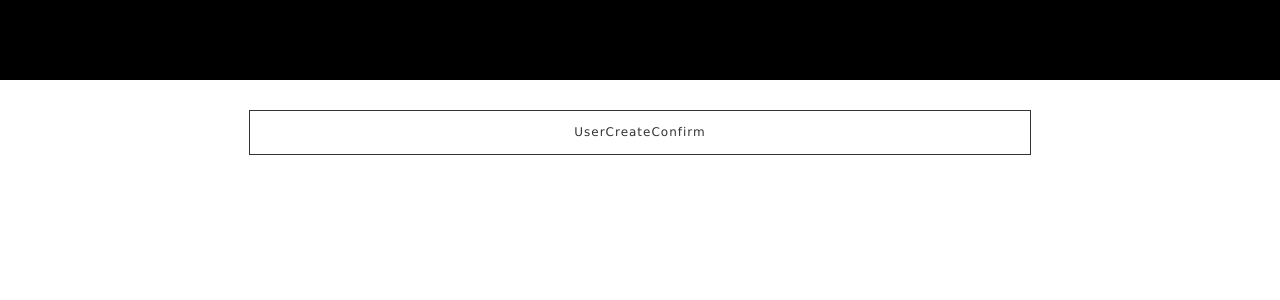
Repository: cha-git/ecsite
Page: http://localhost/template/userCreateConfirm.jsp
The author's editor kept a copy of each file at every save. The page is drawn from the files as they stood at one save, then again after the next save.
The browser window is 1280 px wide. The pictures show the whole page.
The page is served by Tomcat 9. Other server files are loaded and not shown.

Above is the page before, as saved 2018-12-25 09:54:30.

### template/WebContent/userCreateConfirm.jsp
<%@ page language="java" contentType="text/html; charset=UTF-8"
    pageEncoding="UTF-8"%>
<%@ taglib prefix="s" uri="/struts-tags" %>
<!DOCTYPE html>
<html>
<head>
	<meta http-equiv="Content-Type" content="text/html; charset=UTF-8" />
	<meta http-equiv="Content-Style-Type" content="text/css" />
	<meta http-equiv="Content-Script-Type" content="text/javascript" />
	<meta http-equiv="imagetoolbar" content="no" />
	<meta name="description" content="" />
	<meta name="keywords" content="" />
	<title>UserCreateConfirm画面</title>
	<style type="text/css">
	/* ========TAG LAYOUT======== */
	body {
		margin:0;
		padding:0;
		line-height:1.6;
		letter-spacing:1px;
		font-family:Verdana, Helvetica, sans-serif;
		font-size:12px;
		color:#333;
		background:#fff;
	}

	table {
		text-align:center;
		margin:0 auto;
	}
	/* ========ID LAYOUT======== */
	#top {
		width:780px;
		margin:30px auto;
		border:1px solid #333;
	}

	#header {
		width:100%;
		height:80px;
		background-color:black;
	}

	#main {
		width:100%;
		height:500px;
		text-align:center;
	}

	#footer {
		width:100%;
		height:80px;
		background-color:black;
		clear:both;
	}
	</style>
</head>
<body>
	<div id="header">
		<div id="pr">
		</div>
	</div>
	<div id="main">
		<div id="top">
			<p>UserCreateConfirm</p>
		</div>
	</div>
</body>
</html>

After the next save:
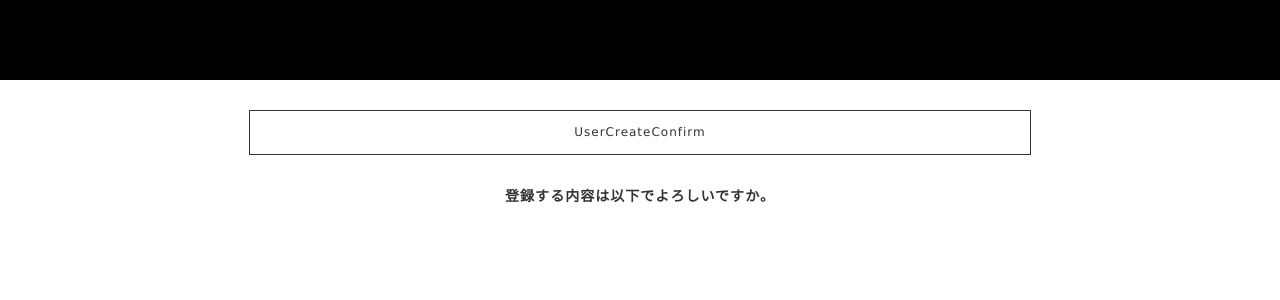
Saved 32 s later.
--- a/template/WebContent/userCreateConfirm.jsp
+++ b/template/WebContent/userCreateConfirm.jsp
@@ -64,6 +64,9 @@
 		<div id="top">
 			<p>UserCreateConfirm</p>
 		</div>
+		<div>
+			<h3>登録する内容は以下でよろしいですか。</h3>
+		</div>
 	</div>
 </body>
 </html>
